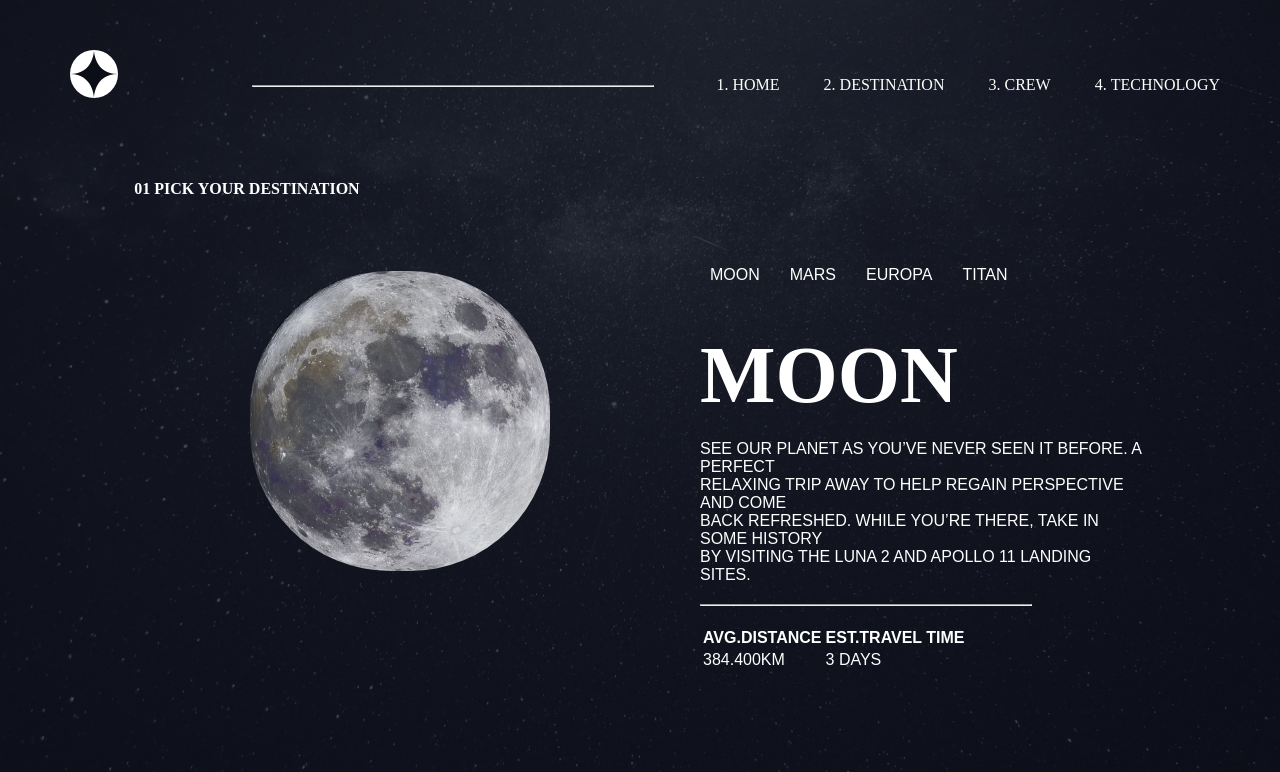
Repository: batonAnton/space_tourism
Page: destination.html
These files come from the project's save history. The page is drawn as it stood at one moment and after the next save; the edit follows.
The browser window is 1280 px wide. The pictures show the whole page.
Some web fonts or font styles are not loaded; a fallback is used.

Above is the page before, as saved 2022-05-20 11:21:06.

After the next save:
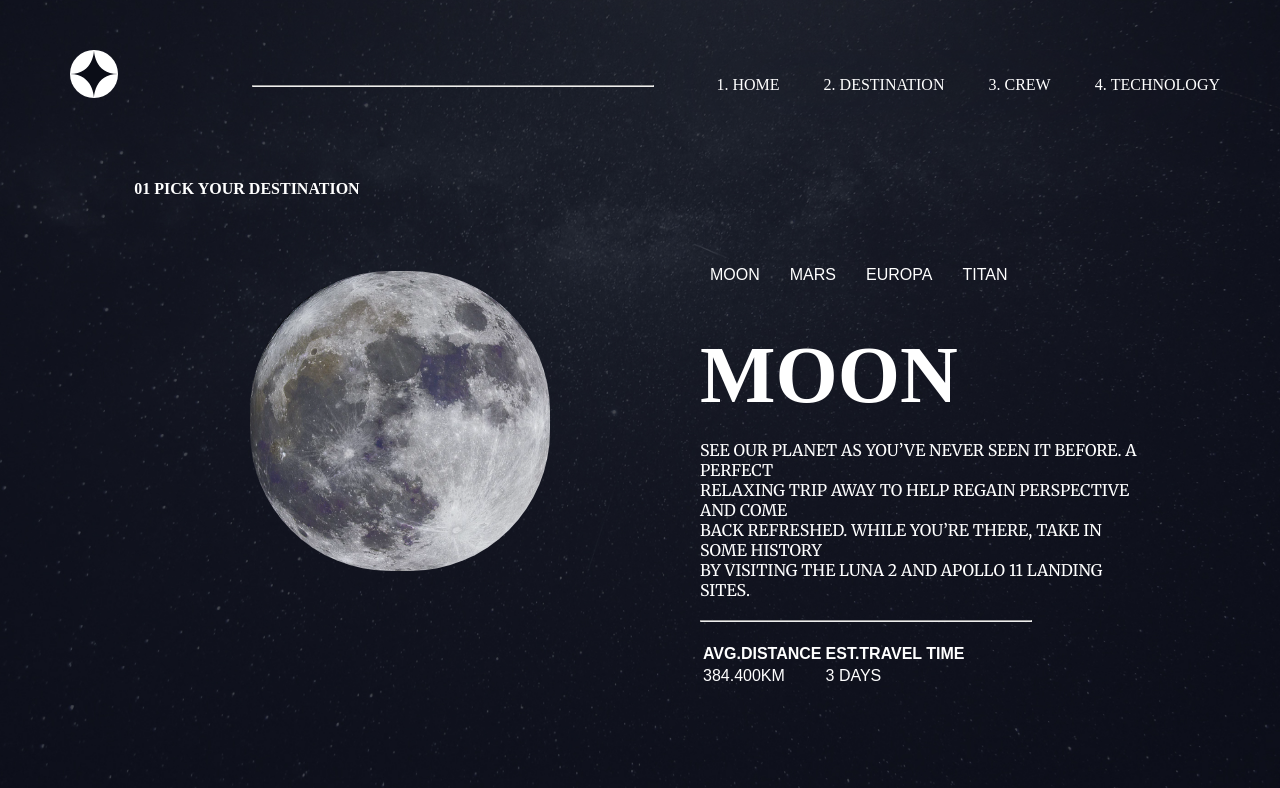
Saved 5 min 28 s later.
--- a/css/style2 .css
+++ b/css/style2 .css
@@ -153,7 +153,9 @@ h1 {
 p {
   width: 444px;
   text-align: left;
-  font-family: "Barlow Condensed", sans-serif;
+  font-family: 'Barlow Condensed', sans-serif;
+font-family: 'Bellefair', serif;
+font-family: 'Merriweather', serif;
 }
 
 .planet_img {
